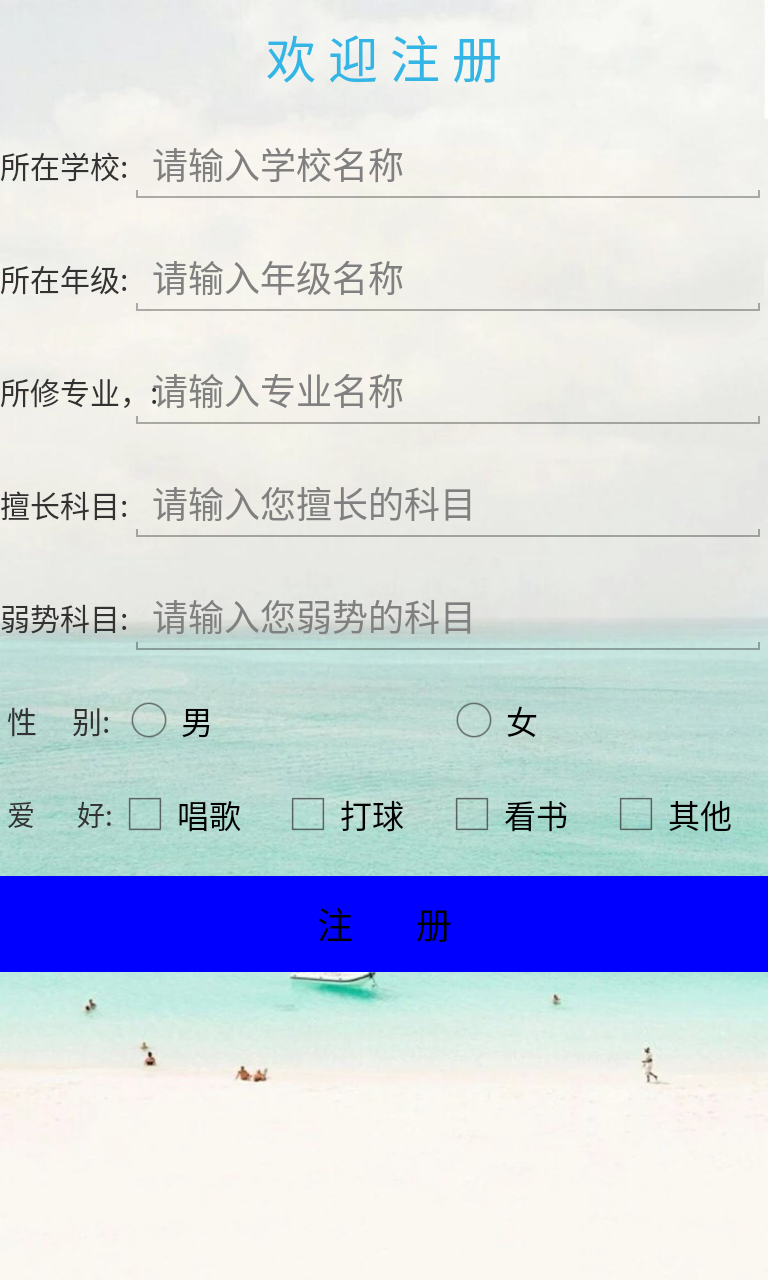
Repository: 17390089054/android
Layout: learning/res/layout/activity_main.xml
The author's editor kept a copy of each file at every save. The layout is drawn from the files as they stood at one save, then again after the next save.
It is drawn on a 768 x 1280 px phone screen (xhdpi) without system bars, with theme AppTheme; the app's code is not run.

Above is the layout before, as saved 2018-05-01 10:20:51.

After the next save:
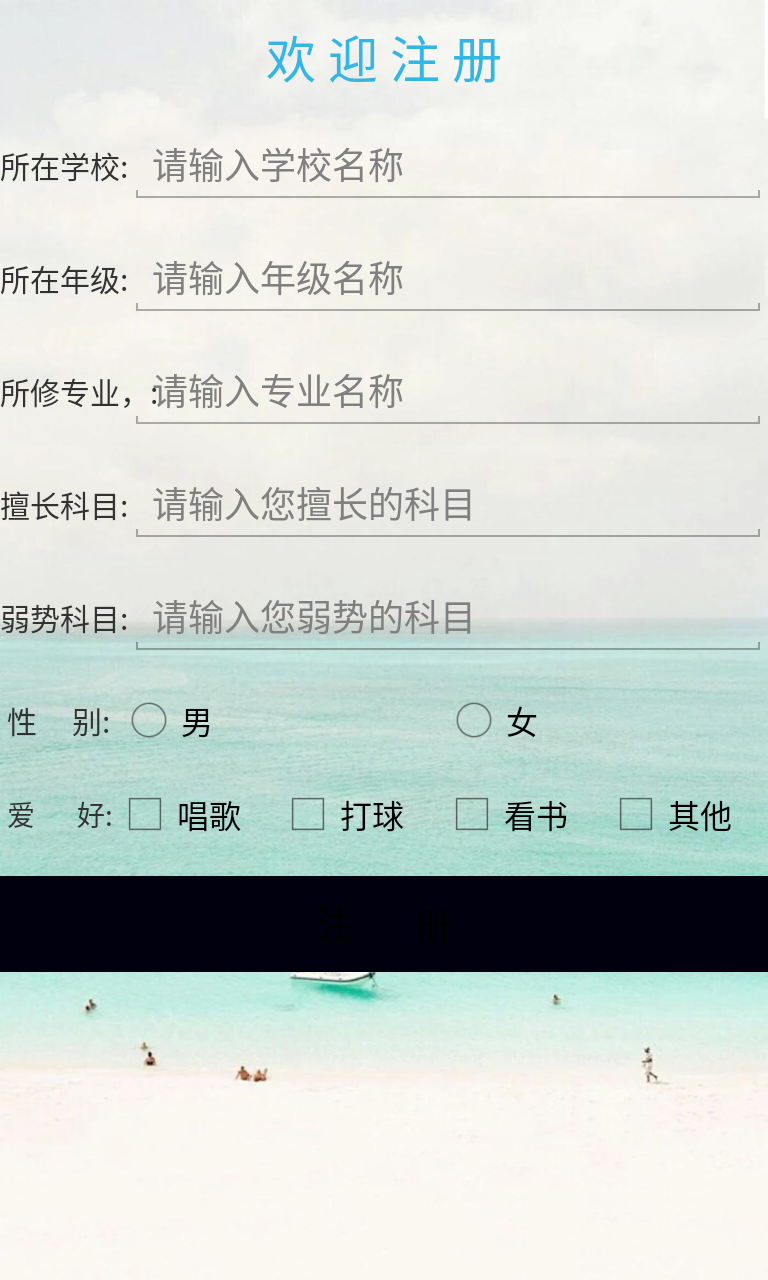
Saved 7 s later.
--- a/learning/res/layout/activity_main.xml
+++ b/learning/res/layout/activity_main.xml
@@ -221,7 +221,7 @@
 	    android:layout_height="wrap_content"
 	  	android:gravity="center"
 	    android:text="注       册"
-	    android:background="#0000ff"
+	    android:background="#00000f"
 	    android:layout_marginTop="15dp"
 	    />
 
